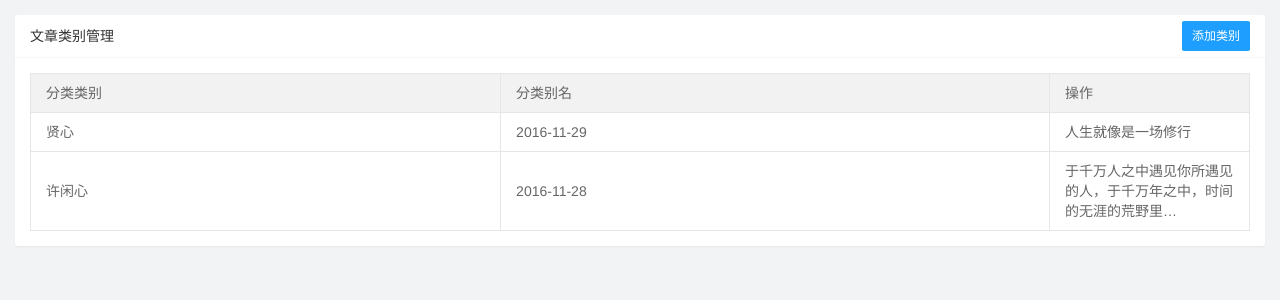
Repository: keyboying1/web_bigevent
Page: article/art_cate.html
The author's editor kept a copy of each file at every save. The page is drawn from the files as they stood at one save, then again after the next save.
The browser window is 1280 px wide. The pictures show the whole page.
The page's requests for data from a server got no answer.

Above is the page before, as saved 2022-11-21 14:47:11.
Console error: TypeError: Cannot read properties of undefined (reading 'status')

After the next save:
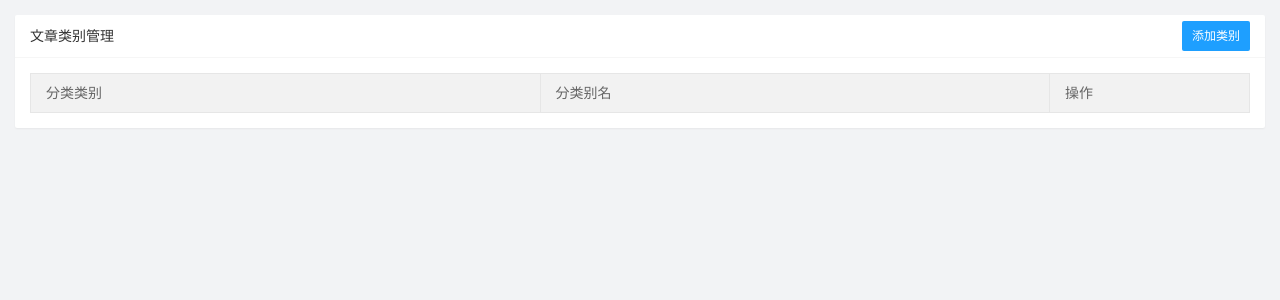
Saved 75 s later.
--- a/article/art_cate.html
+++ b/article/art_cate.html
@@ -30,16 +30,7 @@
                   </tr>
                 </thead>
                 <tbody>
-                  <tr>
-                    <td>贤心</td>
-                    <td>2016-11-29</td>
-                    <td>人生就像是一场修行</td>
-                  </tr>
-                  <tr>
-                    <td>许闲心</td>
-                    <td>2016-11-28</td>
-                    <td>于千万人之中遇见你所遇见的人，于千万年之中，时间的无涯的荒野里…</td>
-                  </tr>
+
                 </tbody>
               </table>
         </div>
